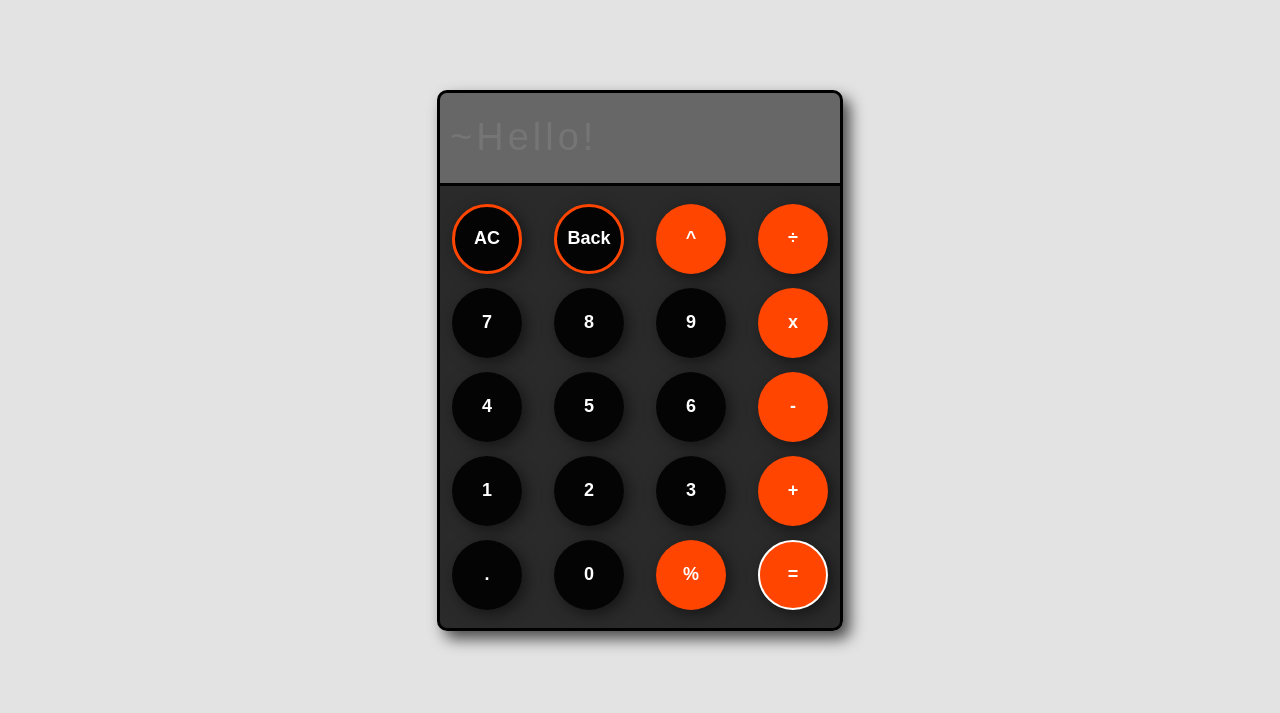
Repository: SakthivelDurai47/calculator
Page: index.html
An editor plug-in stored every save of this project. The page is shown before and after the next save, followed by the edit.
The browser window is 1280 px wide. The pictures show the whole page.

Above is the page before, as saved 2025-04-13 16:28:26.

After the next save:
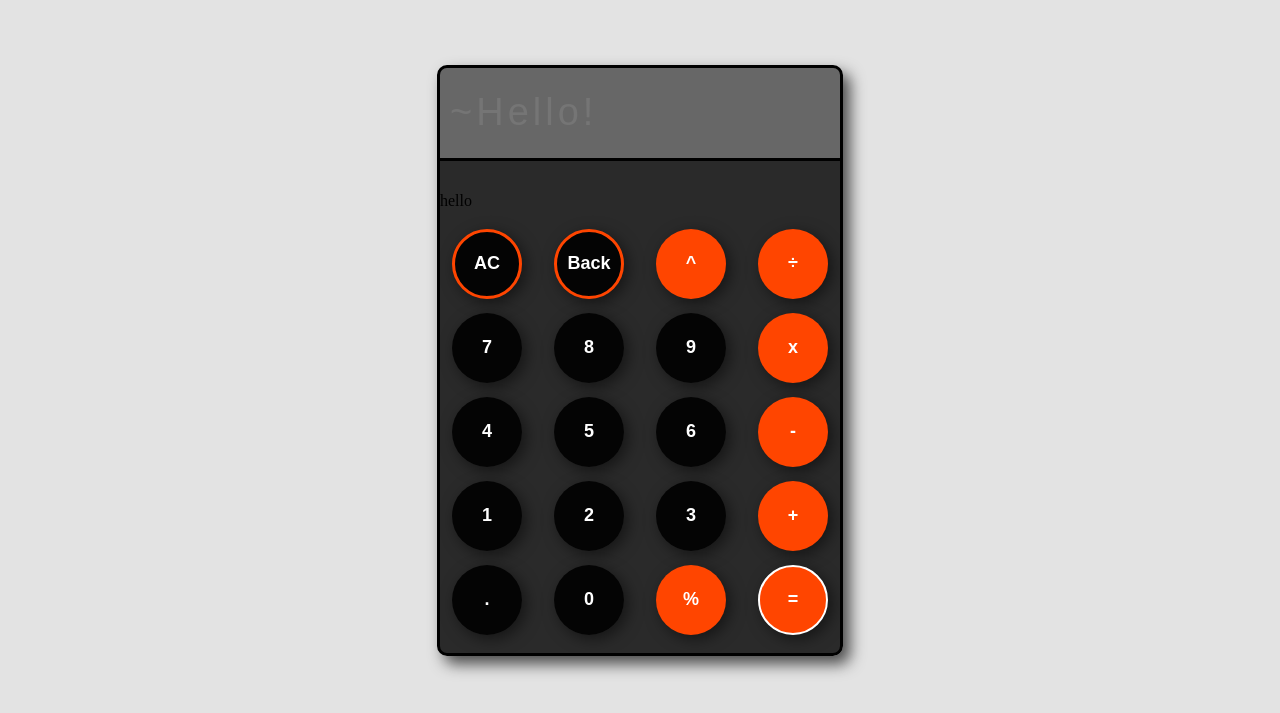
Saved 25 s later.
--- a/index.html
+++ b/index.html
@@ -10,6 +10,7 @@
   <body>
     <div id="calculator">
       <input id="display" readonly placeholder="~Hello!" />
+      <p>hello</p>
       <div id="buttons">
         <button onclick="clearDisplay()" class="control">AC</button>
         <button onclick="removeFromDisplay()" class="control">Back</button>

After the save that followed:
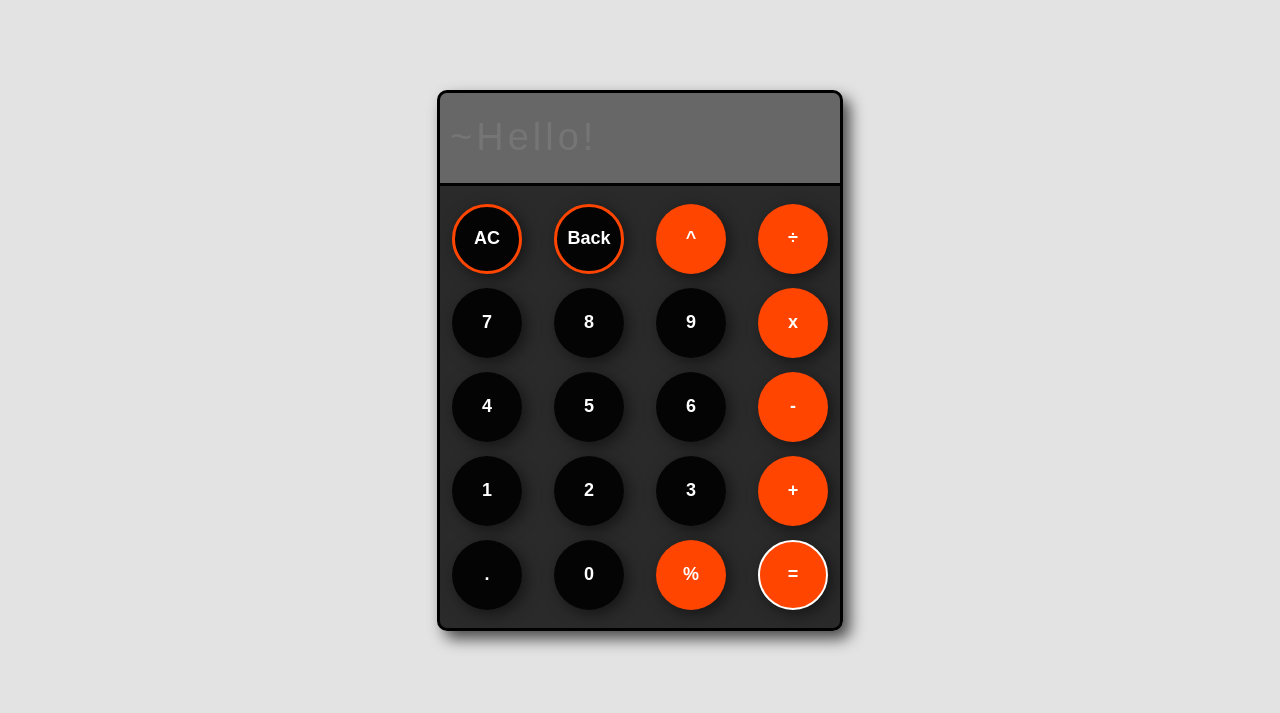
Saved 11 s later.
--- a/index.html
+++ b/index.html
@@ -10,7 +10,7 @@
   <body>
     <div id="calculator">
       <input id="display" readonly placeholder="~Hello!" />
-      <p>hello</p>
+      <!-- <p>hello how are you</p> -->
       <div id="buttons">
         <button onclick="clearDisplay()" class="control">AC</button>
         <button onclick="removeFromDisplay()" class="control">Back</button>
